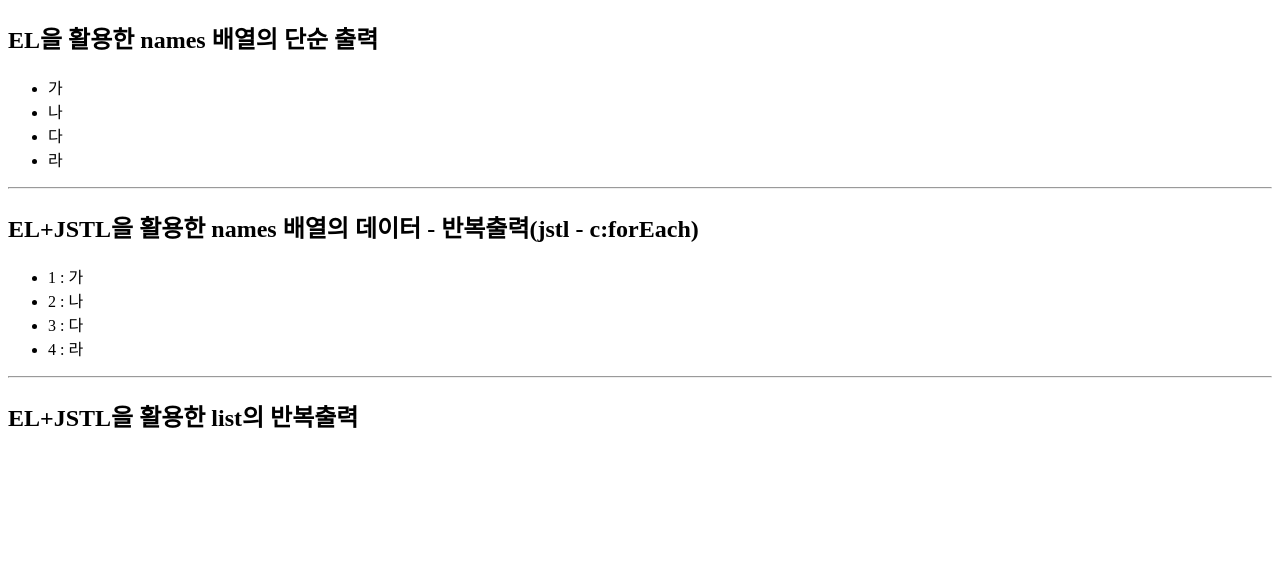
Repository: Rua1006/JSP
Page: http://localhost/practice02/GetJavaDataCtrl.do
The author's editor kept a copy of each file at every save. The page is drawn from the files as they stood at one save, then again after the next save.
The browser window is 1280 px wide. The pictures show the whole page.
The page is served by Tomcat 9.

Above is the page before, as saved 2022-11-10 06:39:16.

### practice02/WebContent/06getJavaData.jsp
<%@ page language="java" contentType="text/html; charset=UTF-8"
    pageEncoding="UTF-8"%>
<%@ taglib prefix="c" uri="http://java.sun.com/jsp/jstl/core" %>
<%@ taglib prefix="fmt" uri="http://java.sun.com/jsp/jstl/fmt" %>
<%@ page import ="java.util.*" %>
<%@ page import ="java.text.*, java.net.InetAddress" %>
<%@ page import ="com.example.*" %>
<%@ include file = "common.jsp" %>
<!DOCTYPE html>
<html>
<head>
<meta charset="UTF-8">
<title>06getJavaData</title>
</head>
<body>
<h2>EL을 활용한 names 배열의 단순 출력</h2>
<ul>
	<li>${names[0] }</li>
	<li>${names[1] }</li>
	<li>${names[2] }</li>
	<li>${names[3] }</li>
</ul>
<hr>
<h2>EL+JSTL을 활용한 names 배열의 데이터 - 반복출력(jstl - c:forEach)</h2>
<ul>
	<c:forEach items="${names }" var="name" varStatus="status">
	<li>${status.count } : ${name }</li>
	</c:forEach>
</ul>
<hr>
<h2>EL+JSTL을 활용한 list의 반복출력</h2>
</body>
</html>

### practice02/src/com/example/GetJavaDataCtrl.java
package com.example;

import java.io.IOException;
import java.util.ArrayList;
import java.util.HashMap;

import javax.servlet.RequestDispatcher;
import javax.servlet.ServletException;
import javax.servlet.annotation.WebServlet;
import javax.servlet.http.HttpServlet;
import javax.servlet.http.HttpServletRequest;
import javax.servlet.http.HttpServletResponse;


@WebServlet("/GetJavaDataCtrl.do")
public class GetJavaDataCtrl extends HttpServlet {
	private static final long serialVersionUID = 1L;



	protected void service(HttpServletRequest request, HttpServletResponse response) throws ServletException, IOException {
		String[] names = {"가", "나", "다", "라"};

		ArrayList<String> list = new ArrayList<String>();
		list.add("마");
		list.add("바");
		list.add("사");
		list.add("아");

		HashMap<String, String> map = new HashMap<>();
		map.put("name1", "자");
		map.put("name2", "차");
		map.put("name3", "카");
		map.put("name4", "타");

		HashMap<String, String> map2 = new HashMap<>();
		map2.put("name", "파");
		map2.put("age", "100");
		map2.put("height", "200");

		Human vo = new Human();
		vo.setName("가가");
		vo.setCountry("대한민국");
		vo.setAge(30);
		vo.setHobby("다다");

		ArrayList<Human> hList = new ArrayList<Human>();
		Human human = new Human();
		human.setName("나나");
		human.setCountry("미국");
		human.setAge(100);
		human.setHobby("라라");

		Human human2 = new Human();
		human2.setName("마마");
		human2.setCountry("일본");
		human2.setAge(60);
		human2.setHobby("바바");

		Human human3 = new Human();
		human3.setName("사사");
		human3.setCountry("중국");
		human3.setAge(7);
		human3.setHobby("아아");

		request.setAttribute("names", names);
		request.setAttribute("list", list);
		request.setAttribute("map", map);
		request.setAttribute("map2", map2);
		request.setAttribute("vo", vo);
		request.setAttribute("hList", hList);

		RequestDispatcher view = request.getRequestDispatcher("06getJavaData.jsp");
		view.forward(request, response);

	}

}

### practice02/src/com/example/Human.java
package com.example;

public class Human {
	private String country;
	private String name;
	private int age;
	private String hobby;
	public String getCountry() {
		return country;
	}
	public void setCountry(String country) {
		this.country = country;
	}
	public String getName() {
		return name;
	}
	public void setName(String name) {
		this.name = name;
	}
	public int getAge() {
		return age;
	}
	public void setAge(int age) {
		this.age = age;
	}
	public String getHobby() {
		return hobby;
	}
	public void setHobby(String hobby) {
		this.hobby = hobby;
	}

}

Loaded but not shown: practice02/WebContent/common.jsp (common file)

After the next save:
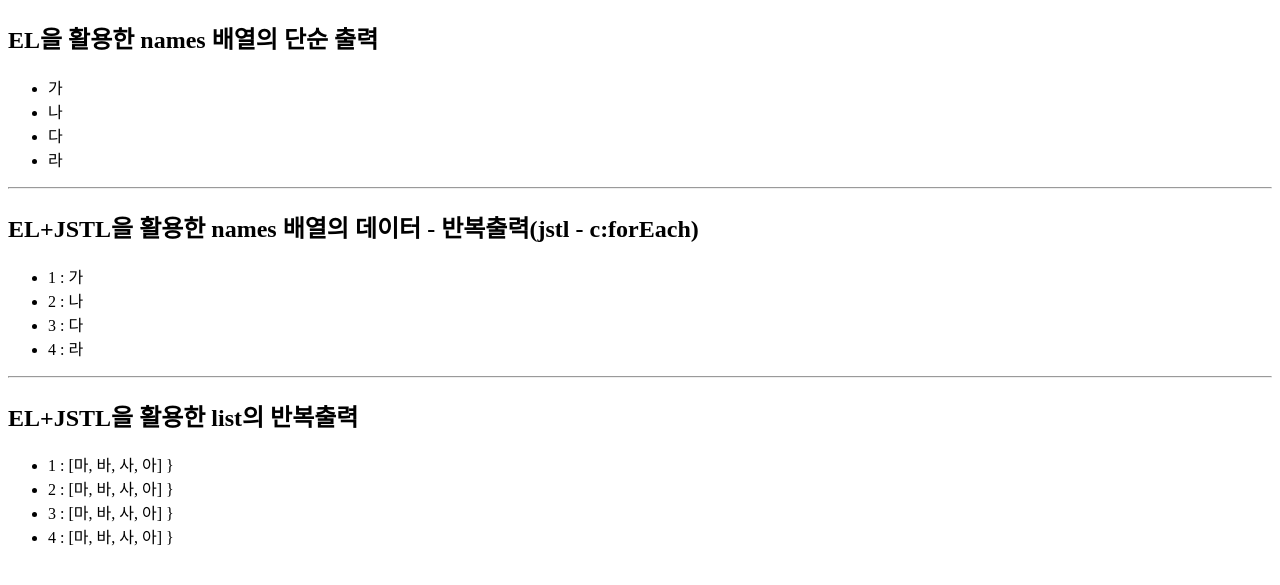
Saved 78 s later.
--- a/practice02/WebContent/06getJavaData.jsp
+++ b/practice02/WebContent/06getJavaData.jsp
@@ -29,5 +29,10 @@
 </ul>
 <hr>
 <h2>EL+JSTL을 활용한 list의 반복출력</h2>
+<ul>
+	<c:forEach items="${list }" var="lst" varStatus="status">
+	<li>${status.count } : ${list} } </li>
+	</c:forEach>
+</ul>
 </body>
 </html>
